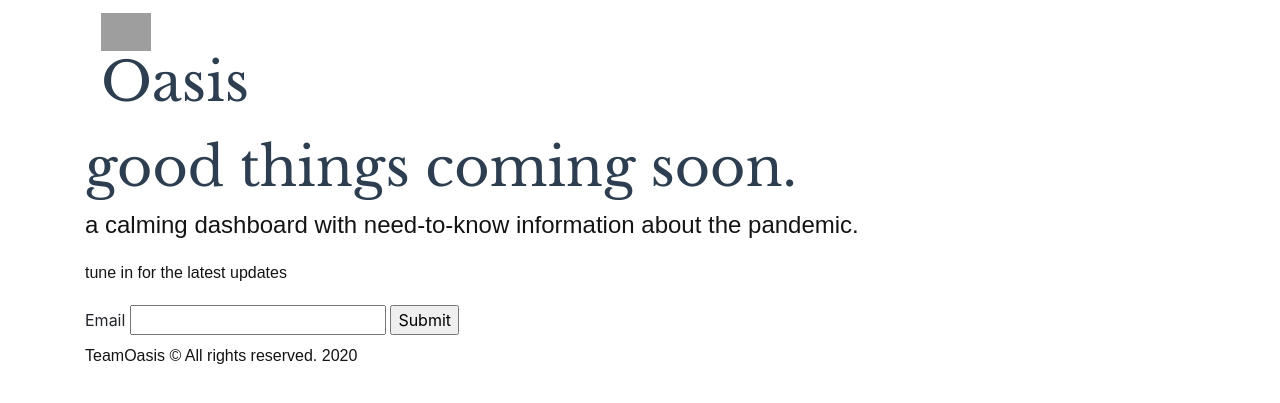
Repository: dexho/oasis-extension
Page: coming-soon.html
An editor plug-in stored every save of this project. The page is shown before and after the next save, followed by the edit.
The browser window is 1280 px wide. The pictures show the whole page.
Pictures or frames that could not be fetched are drawn as grey boxes. Some web fonts or font styles are not loaded; a fallback is used.

Above is the page before, as saved 2020-07-24 12:58:58.

After the next save:
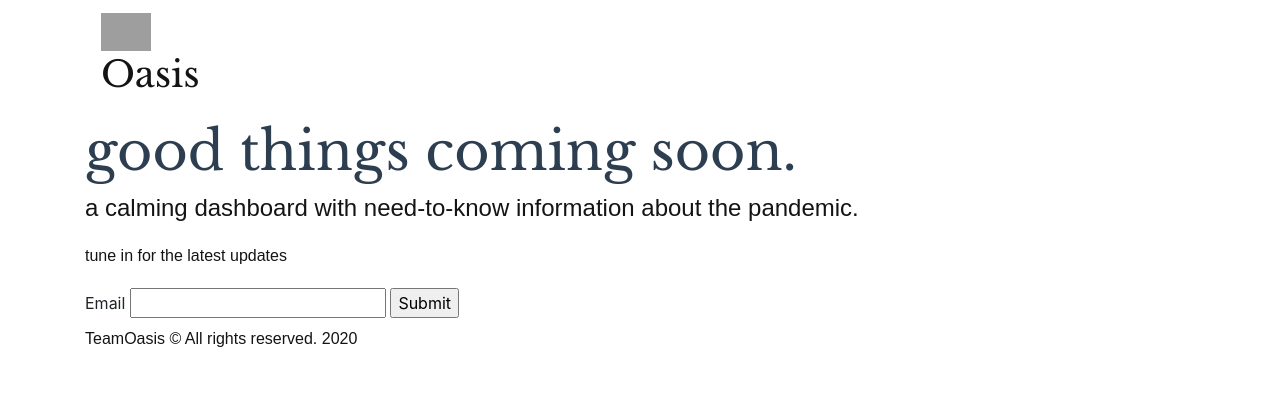
Saved 36 s later.
--- a/coming-soon.html
+++ b/coming-soon.html
@@ -26,7 +26,7 @@
                 <nav class="navbar navbar-dark bg-transparent">
                     <a class="navbar-brand" href="#">
                         <img width="50px" src="assets/images/oasis-logo.png" alt="logo">
-                        <h1>Oasis</h1>
+                        <h2>Oasis</h2>
                     </a>
 
                 </nav>
